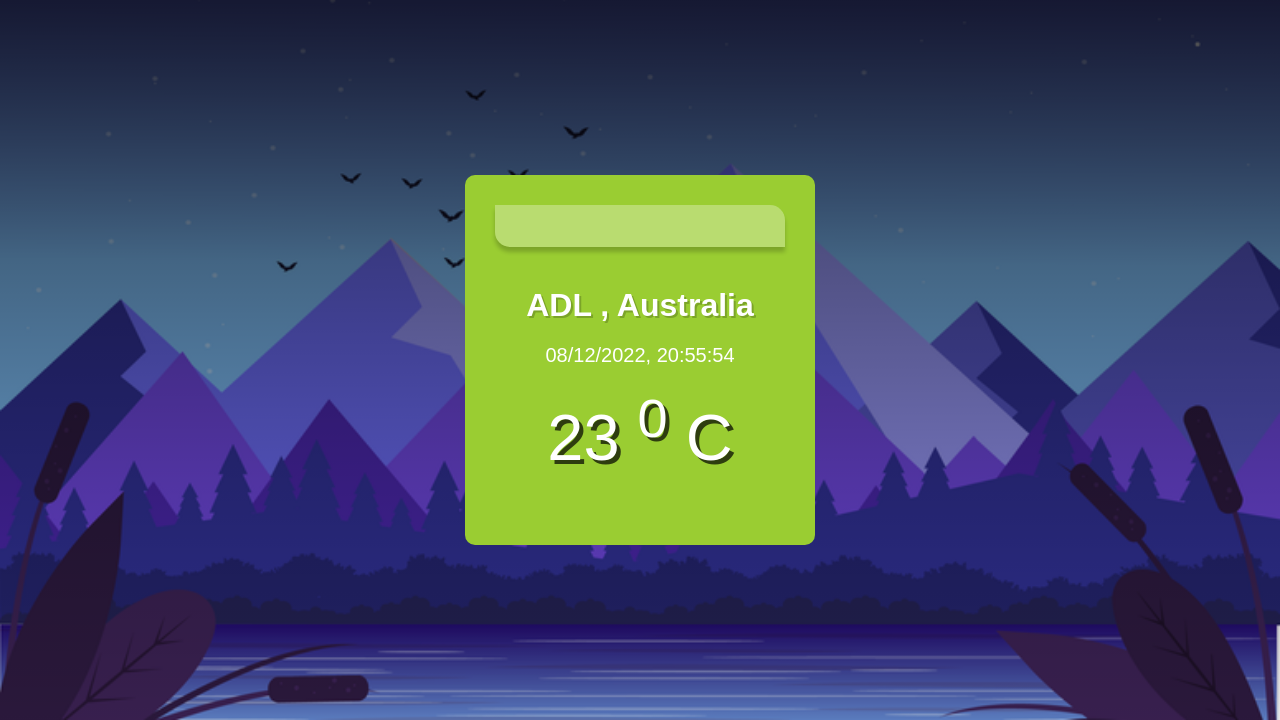
Repository: andrewhuynh561/weather-app-1
Page: index.html
These files come from the project's save history. The page is drawn as it stood at one moment and after the next save; the edit follows.
The browser window is 1280 px wide. The pictures show the whole page.

Above is the page before, as saved 2022-12-08 21:00:32.

After the next save:
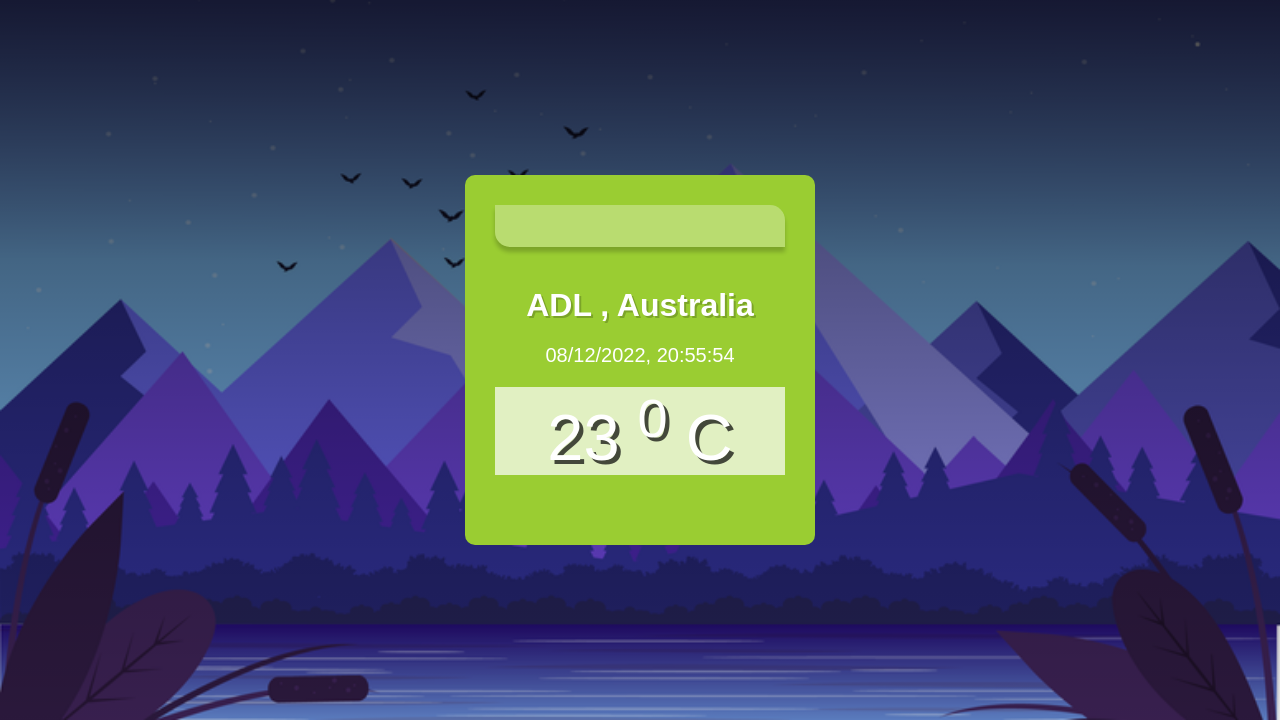
Saved 33 s later.
--- a/style.css
+++ b/style.css
@@ -49,4 +49,5 @@ body{
 .temperature{
     font-size: 65px;
     text-shadow: 4px 4px rgba(0,0,0,0.7);
+    background: rgba(255,255,255,0.7);
 }
